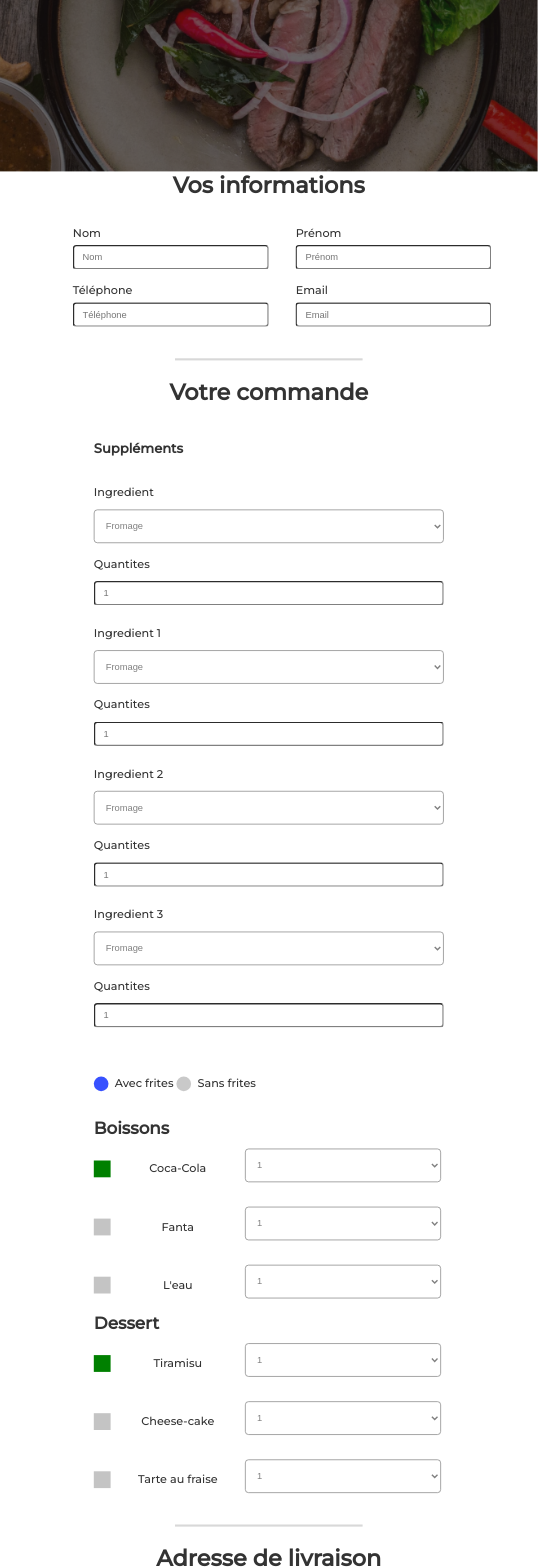
Repository: sisilass31/bella-olonje
Page: html/commande.html
An editor plug-in stored every save of this project. The page is shown before and after the next save, followed by the edit.
The browser window is 768 px wide. The pictures show the part of the page from y = 577 to 2817 px (the page is 3353 px tall before and 3391 px after), at 70% of full size.
Some web libraries are served in a nearby version.

Above is the page before, as saved 2023-02-15 09:26:36.

After the next save:
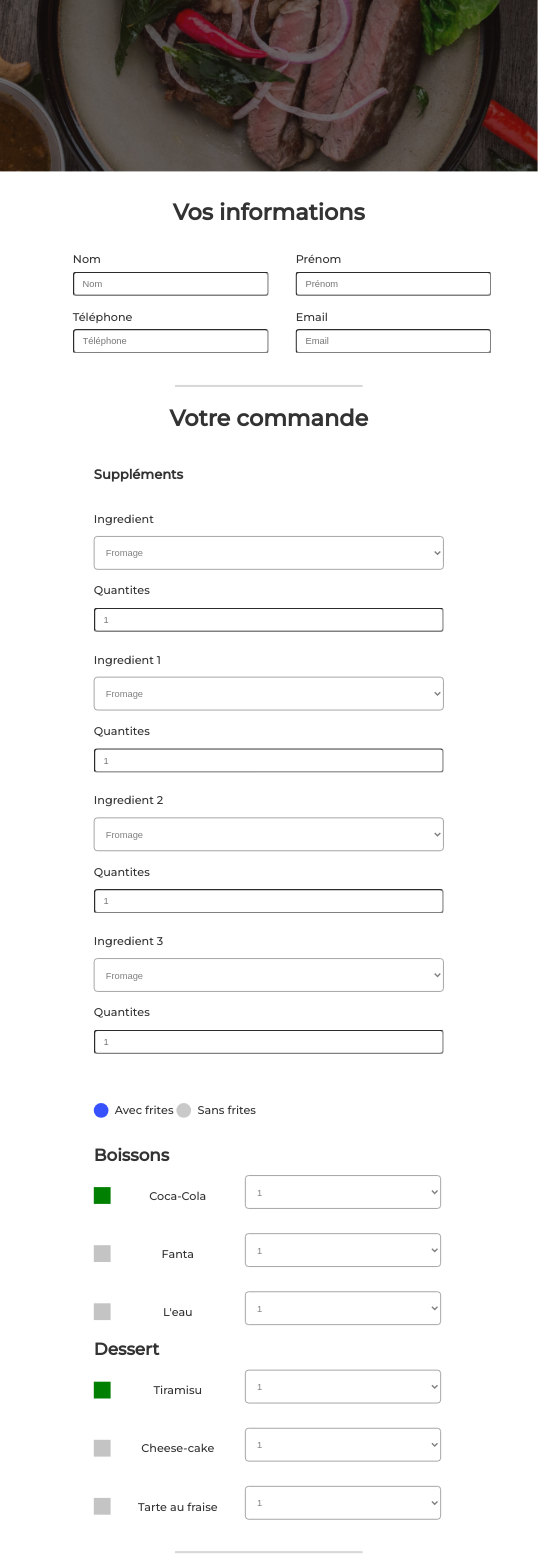
Saved 7 min 4 s later.
--- a/css/commande.css
+++ b/css/commande.css
@@ -542,7 +542,7 @@ button {
     }
 
     .infos h1 {
-        padding: 0px;
+        padding: 5%;
         padding-bottom: 0px;
     }
 
